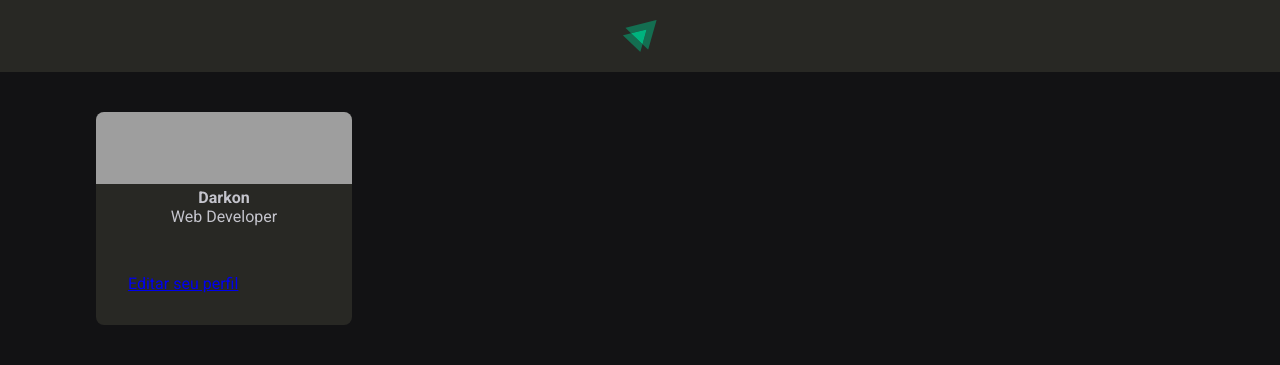
Repository: viviij/PseudoRedeSocial
Page: /
These files come from the project's save history. The page is drawn as it stood at one moment and after the next save; the edit follows.
The browser window is 1280 px wide. The pictures show the whole page.
Pictures or frames that could not be fetched are drawn as grey boxes. The project was rebuilt for these pictures with package versions that can differ from the ones it lists, and the page was loaded fresh each time. Also part of the build but not shown: vite.config.js.

Above is the page before, as saved 2022-07-29 11:52:38.

After the next save:
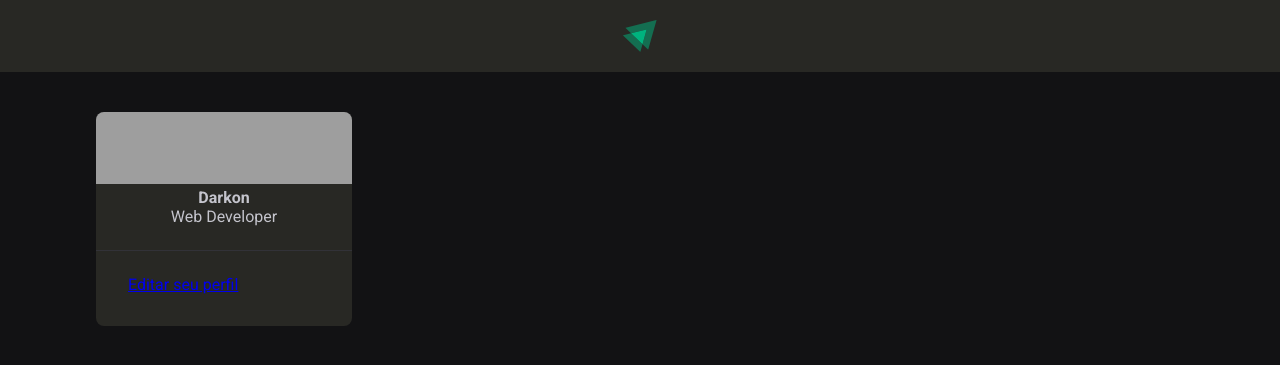
Saved 22 s later.
--- a/src/components/Sidebar.module.css
+++ b/src/components/Sidebar.module.css
@@ -17,7 +17,7 @@
 }
 
 .sidebar footer {
-  border-top: 1px solidvar(--gray-600);
+  border-top: 1px solid var(--gray-600);
   margin-top: 1.5rem;
   padding: 1.5rem 2rem 2rem;
 }
